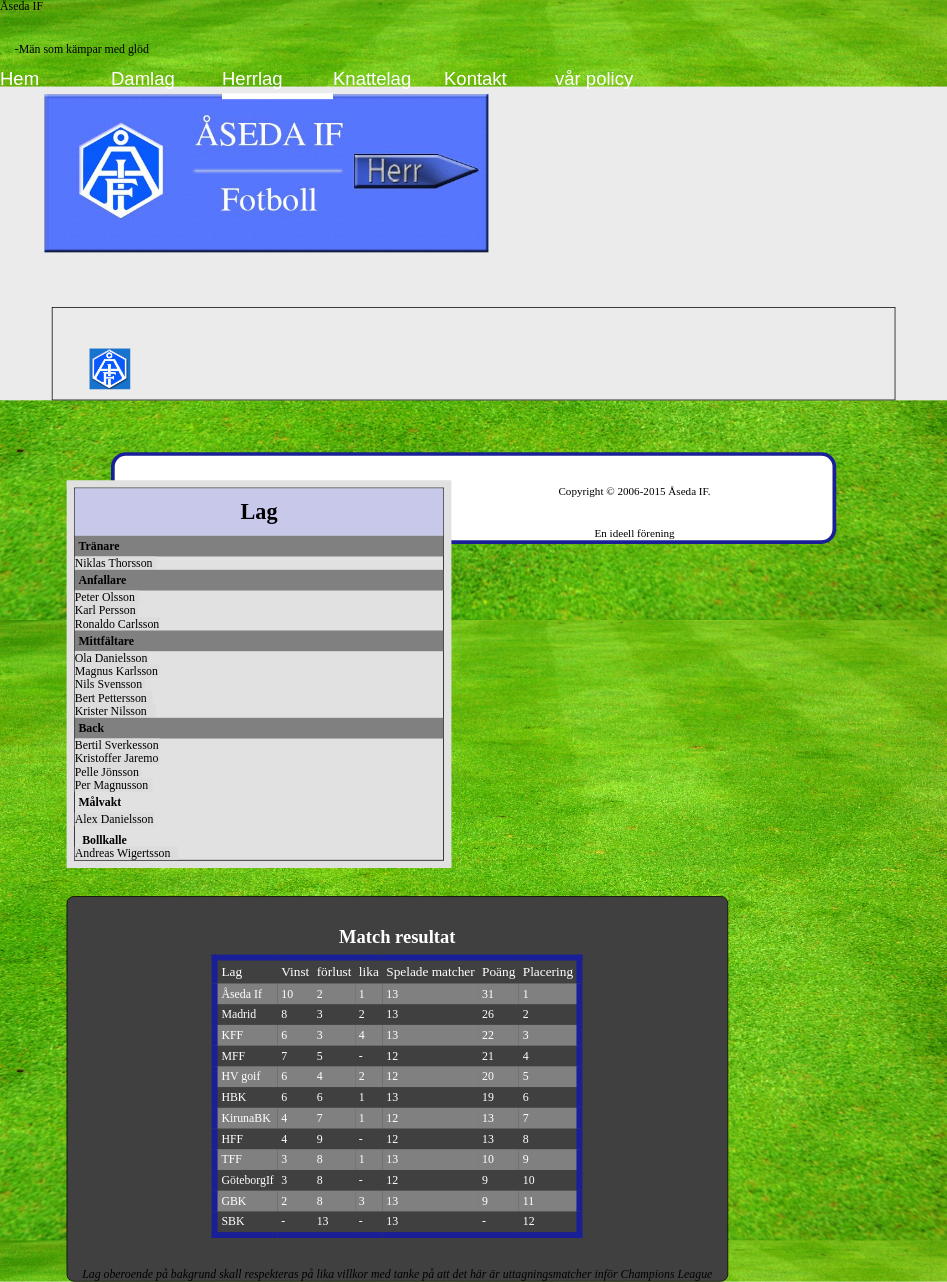
Repository: alexanderdanielsson28/ProjektAsedaIF
Page: html/Herrlag.html
The author's editor kept a record of every edit. The page is drawn from the files as they stood at one moment, then again after the next edit.
The browser window is 1280 px wide. The pictures show the whole page, at 74% of full size.
Backgrounds fixed to the window are drawn as part of the page.

Above is the page before.

After the next edit:
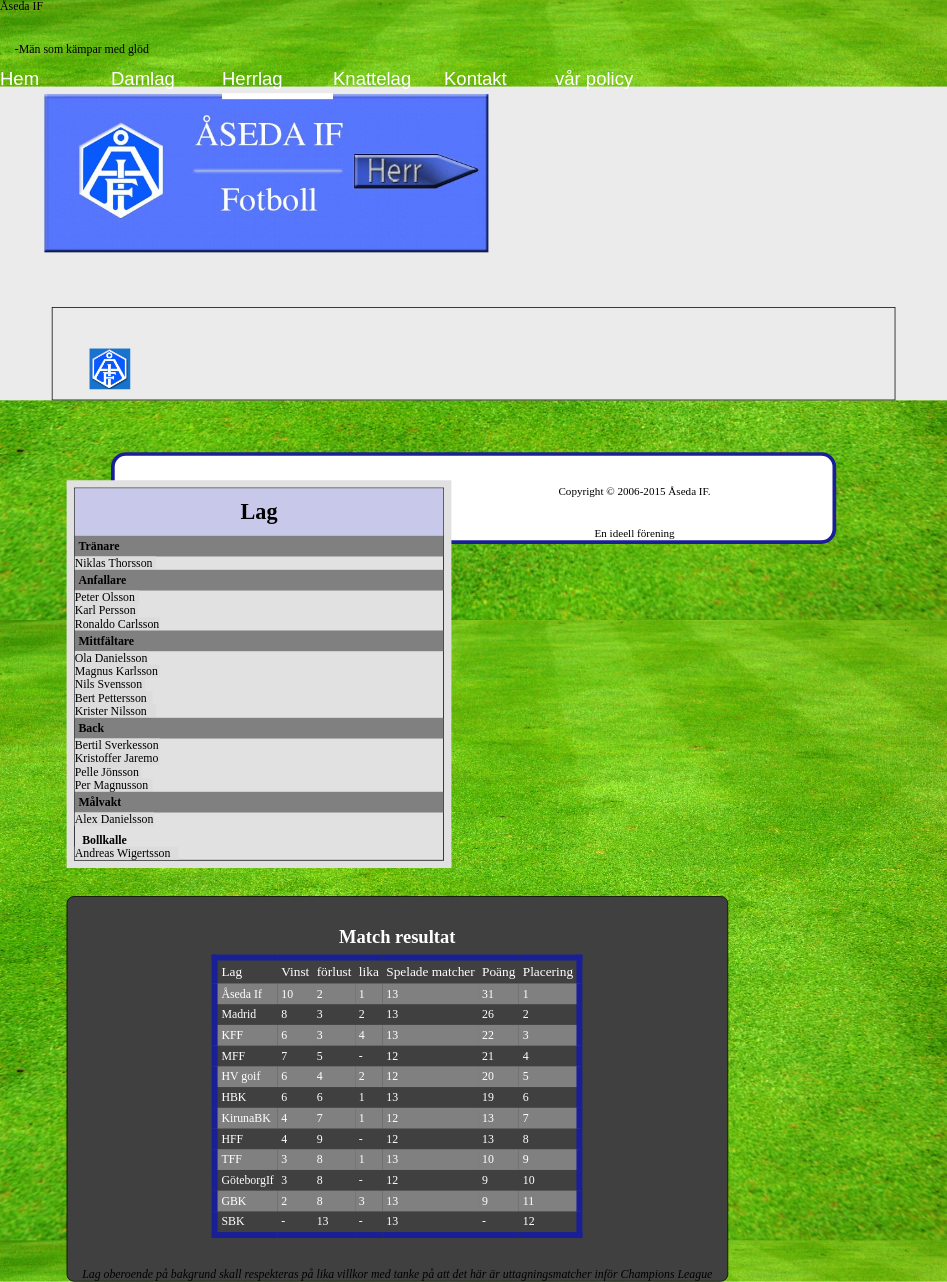
The edit:
--- a/html/Herrlag.html
+++ b/html/Herrlag.html
@@ -86,7 +86,7 @@
                     <li class="lag" id="pelle">Pelle Jönsson</li>
                     <li class="lag" id="per">Per Magnusson</li>
                 </ol>
-                <h4 id="head3">Målvakt</h4>
+                <h4 id="head3" class="gro">Målvakt</h4>
                 <ol id="listen">
                     <li class="lag" id="ferjealex">Alex Danielsson</li>
                 </ol>
